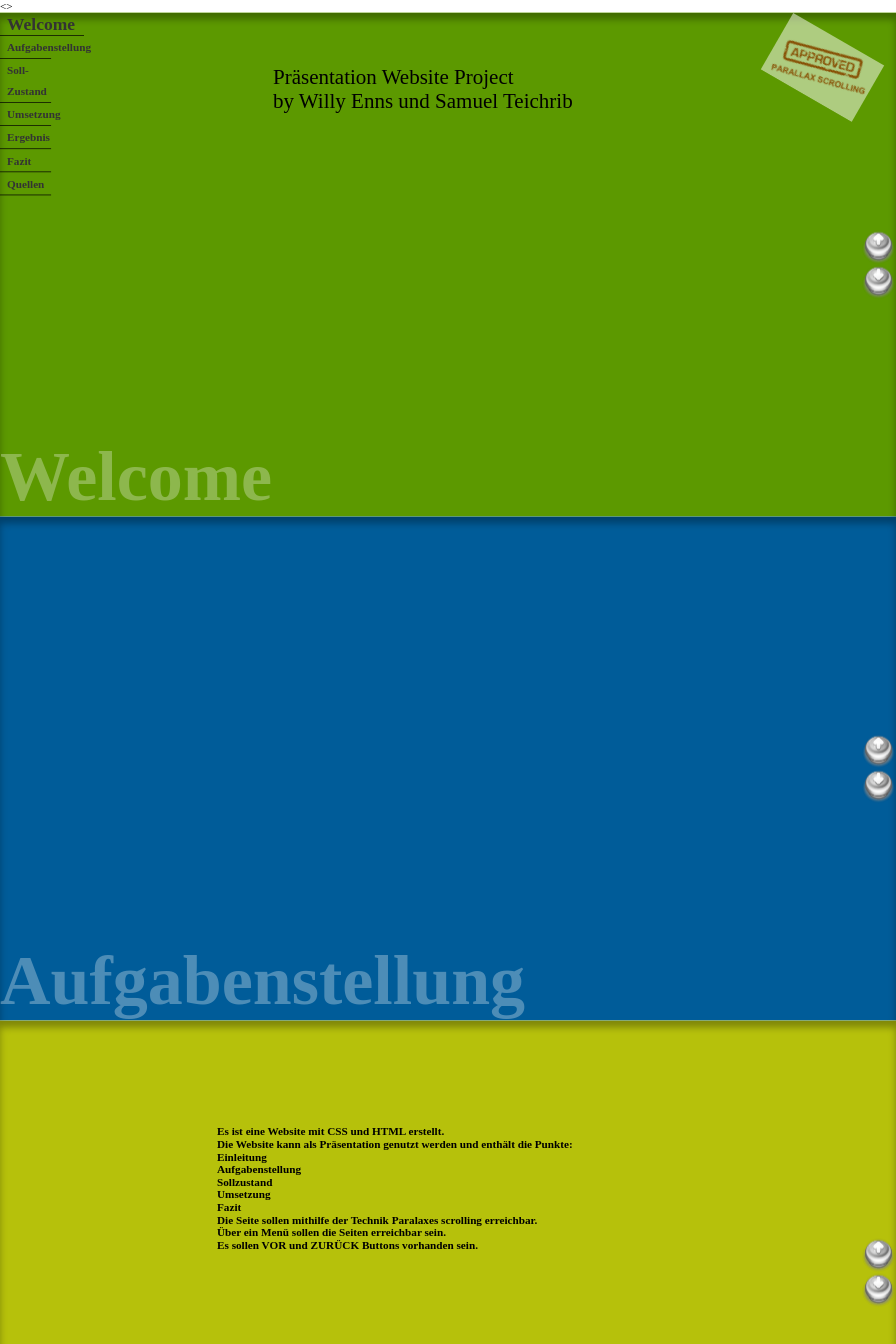
Repository: ennswi/websiteproject
Page: index.html
The author's editor kept a record of every edit. The page is drawn from the files as they stood at one moment, then again after the next edit.
The browser window is 1280 px wide. The pictures show the part of the page from y = 0 to 1920 px (the page is 5058 px tall), at 70% of full size.

Above is the page before.

After the next edit:
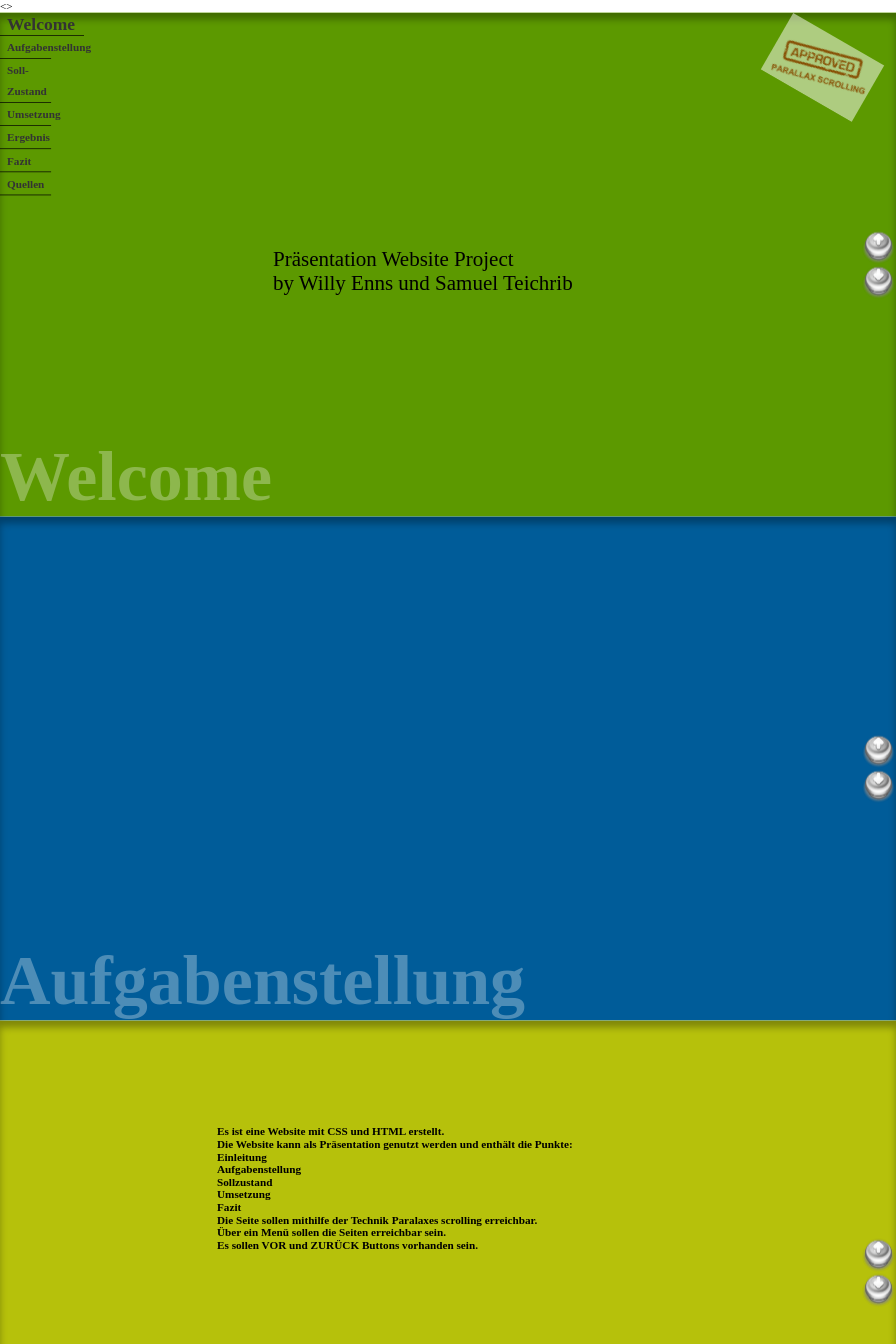
The edit:
--- a/css/style.css
+++ b/css/style.css
@@ -147,6 +147,11 @@
     background-color:#5c9900;
 }
 
+#slide1 .wrapper{
+    height: 100%;
+    width: 100%;
+}
+
 #slide1 .welcomeMainDiv{
     font-size: 30px;
     position: absolute;
